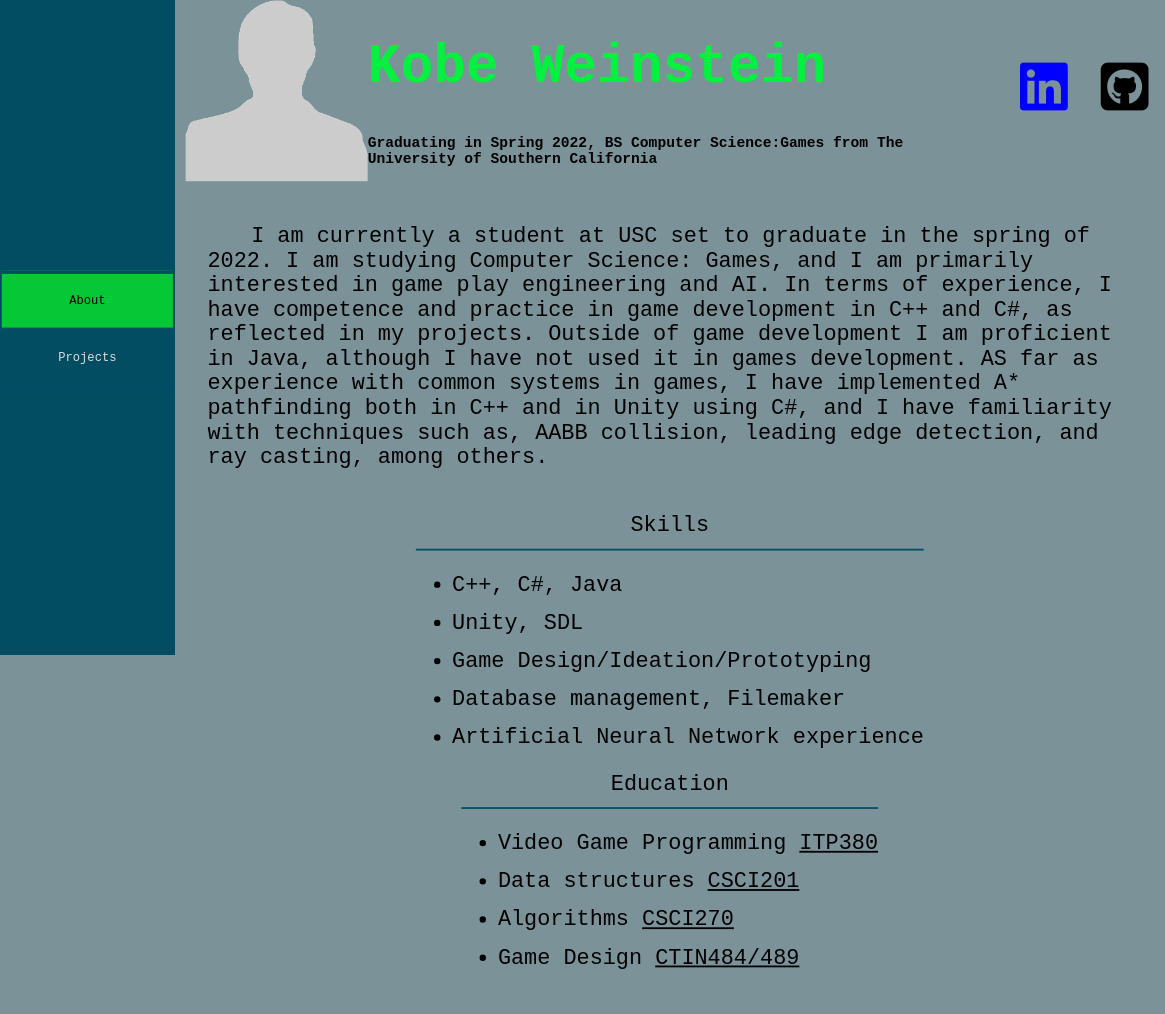
Repository: DrAngentIce/Kobe.Weinstein
Page: PortfollioSite/WebContent/Index.html
These files come from the project's save history. The page is drawn as it stood at one moment and after the next save; the edit follows.
The browser window is 1280 px wide. The pictures show the whole page, at 91% of full size.
Some web libraries are served in a nearby version.

Above is the page before, as saved 2021-01-18 21:42:20.

After the next save:
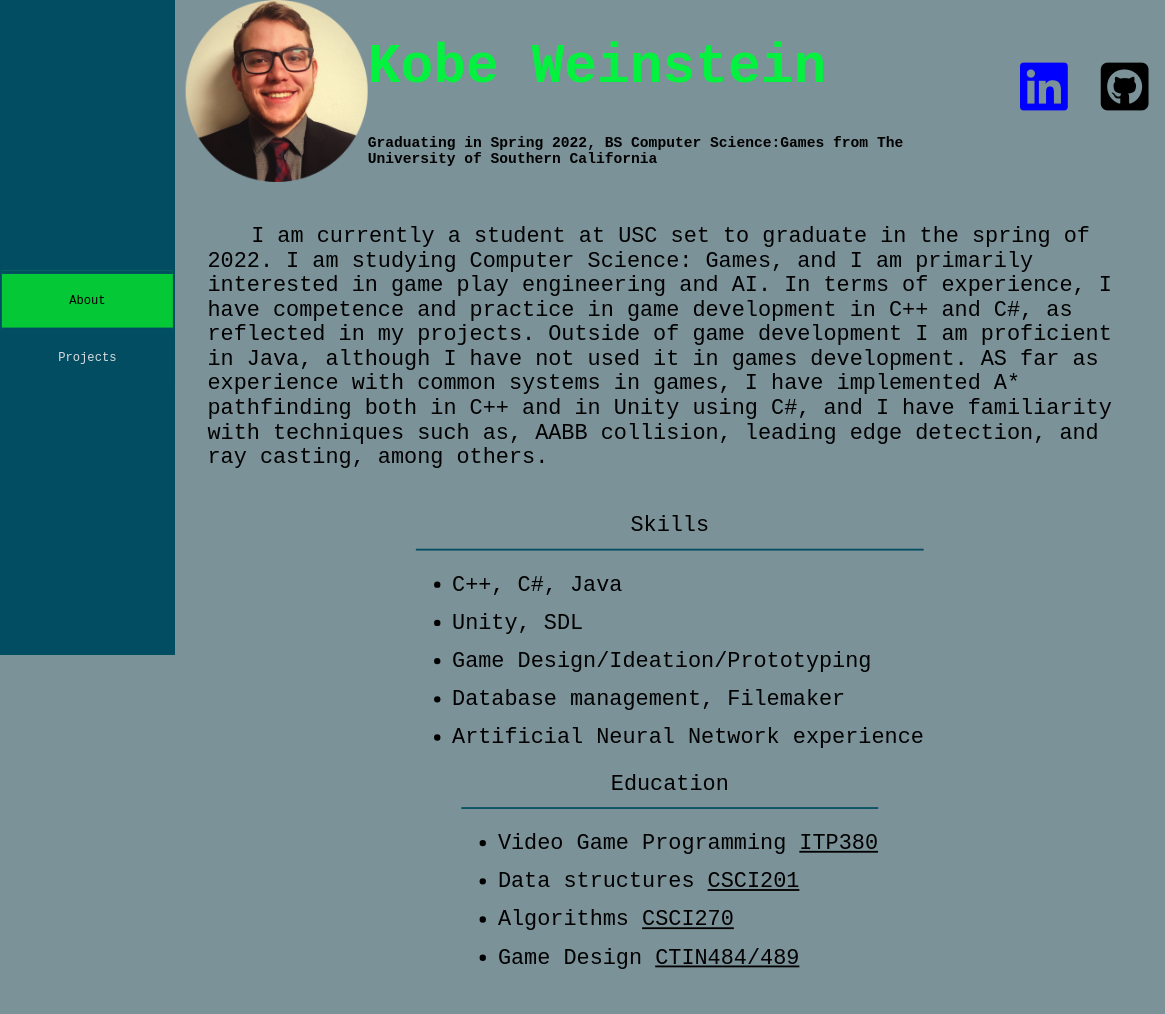
Saved 3 min 25 s later.
--- a/PortfollioSite/WebContent/Index.html
+++ b/PortfollioSite/WebContent/Index.html
@@ -354,7 +354,7 @@ function openProject(evt, projectName)
 	<div style="width:100%; display:flex; flex-flow:row wrap; justify-content:space-between;">
 
 		<div class="columnName">
-			<img src="Portrait.gif" width="200px" height="200px">
+			<img src="photo.png" width="200px" height="200px">
 			<div>
 			<h1 style="color: var(--primary); font-size:2.5em;">Kobe Weinstein</h1>
 			<h6>Graduating in Spring 2022, BS Computer Science:Games from The University of Southern California</h6>
